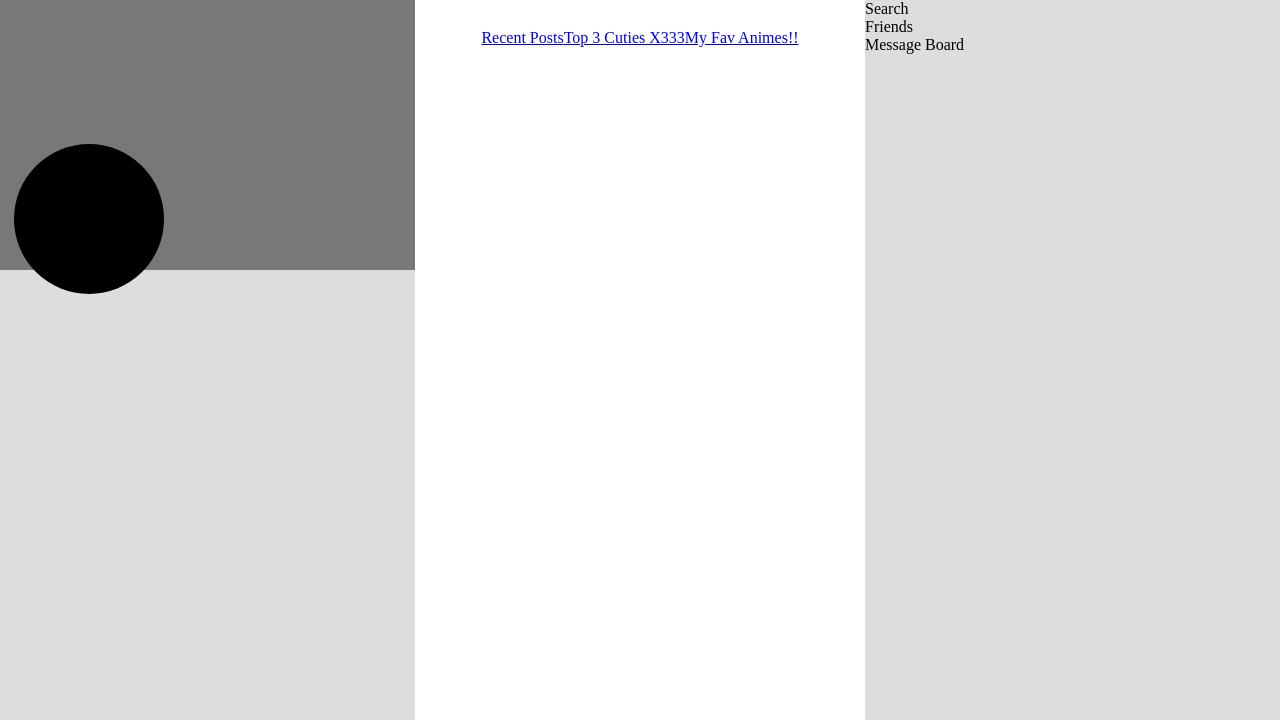
Repository: Jennica1/Frontend-Final
Page: cutieOne.html
The author's editor kept a copy of each file at every save. The page is drawn from the files as they stood at one save, then again after the next save.
The browser window is 1280 px wide. The pictures show the whole page.

Above is the page before, as saved 2024-05-10 11:12:24.

After the next save:
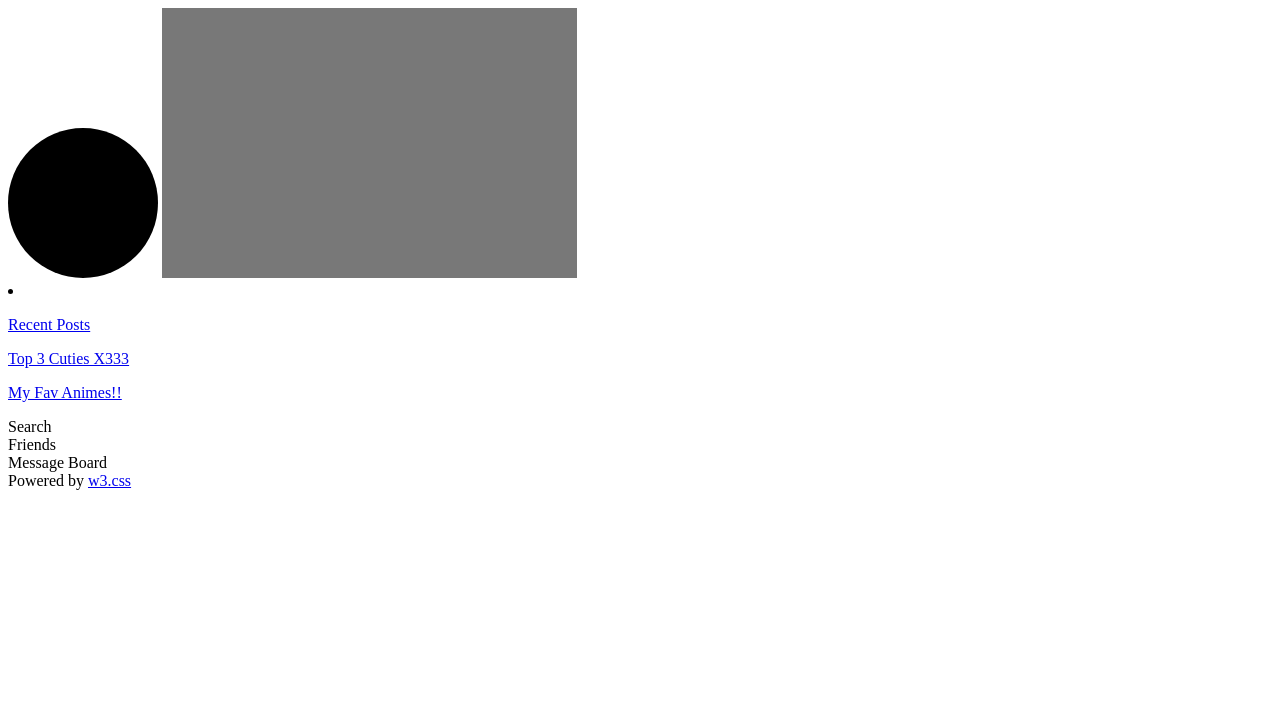
Saved 12 s later.
--- a/cutieOne.html
+++ b/cutieOne.html
@@ -5,7 +5,7 @@
   <title>My Blog!!</title>
   <meta charset="UTF-8">
   <meta name="viewport" content="width=device-width, initial-scale=1">
-  <link rel="stylesheet" href="style.css">
+  <link rel="stylesheet" href="cutieOne.css">
 
 <body>
 
